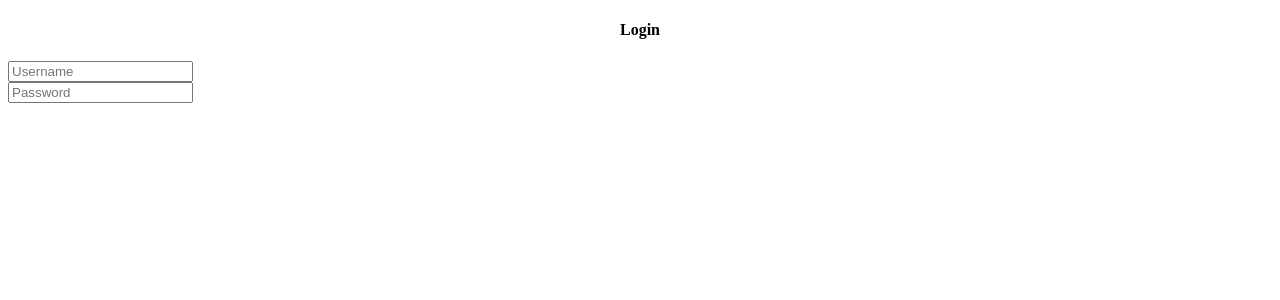
Repository: yhung004/TUTORIAL_PAGE
Page: log_in.html
These files come from the project's save history. The page is drawn as it stood at one moment and after the next save; the edit follows.
The browser window is 1280 px wide. The pictures show the whole page.

Above is the page before, as saved 2024-04-10 12:08:41.

### log_in.html
<!DOCTYPE html>
<html lang="en">
<head>
    <meta charset="UTF-8">
    <meta name="viewport" content="width=device-width, initial-scale=1.0">
    <title>Login</title>
    <link rel="stylesheet" href="main.css">
</head>
<body>
    <h4 class="login">Login</h4>
    <input type="text" placeholder="Username" class="username"> <br>
    <input type="text" placeholder="Password" class="password">
</body>
</html>

### main.css
.welcome{
    text-align: center;
    font-family: 'Courier New', Courier, monospace;
    font-size: 30px;
    margin-top: 80px;
}
.welcome_text {
    margin-top: 20px;
    text-align:center;
    font-family: 'Courier New', Courier, monospace;
    font-size: 30px;
}
.button_a {
    position: relative;
    left: 580px;
    border: 1px solid black;
    background-color:white;
    border-radius: 30px;
    font-size: 40px;
    padding: 2px 18px 2px 18px;
    margin-top: 20px;
}
.button_b {
    position: relative;
    right: -600px;
    border : 1px solid black;
    border-radius: 40px;
    background-color: rgb(63, 60, 60);
    color:white;
    font-size: 40px;
    padding: 2px 7px 2px 7px;
    margin-top: 20px;
}
a.button_b1 {
    text-decoration: none;
    color:white;
}
a.button_a1 {
    text-decoration:none;
    color:black;
}
.login {
    text-align:center
}

After the next save:
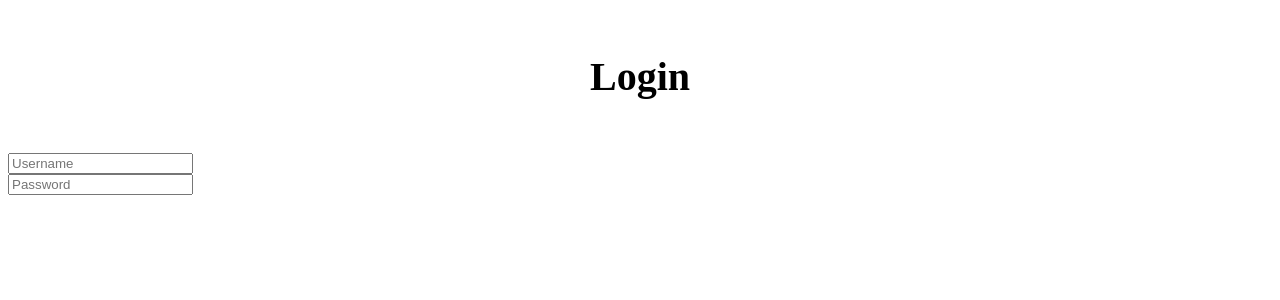
Saved 10 s later.
--- a/main.css
+++ b/main.css
@@ -40,5 +40,6 @@ a.button_a1 {
     color:black;
 }
 .login {
-    text-align:center
+    text-align:center;
+    font-size: 40px;
 }
